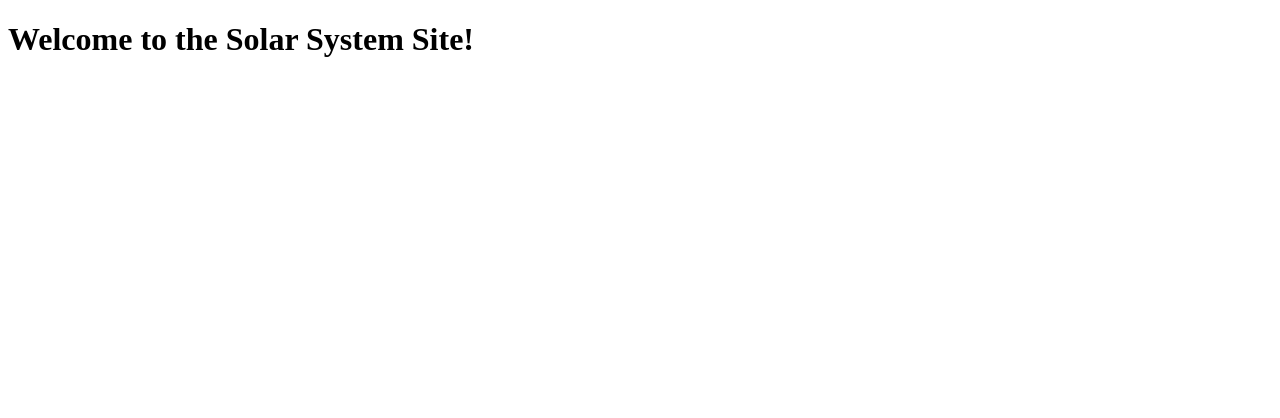
Repository: ctm93/Website1
Page: lab6/views/index.html
The author's editor kept a record of every edit. The page is drawn from the files as they stood at one moment, then again after the next edit.
The browser window is 1280 px wide. The pictures show the whole page.

Above is the page before.

### lab6/views/index.html
<!DOCTYPE html>
<html>
    <head>
        <title> The Solar System</title>
    </head>
    <body>
        <h1> Welcome to the Solar System Site!</h1>
    </body>
</html>

After the next edit:
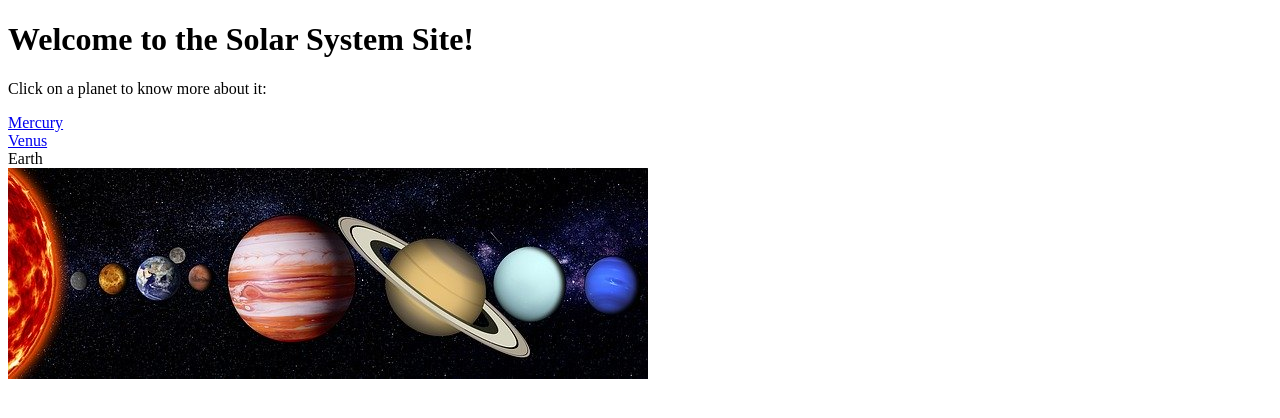
The edit:
--- a/lab6/views/index.html
+++ b/lab6/views/index.html
@@ -5,5 +5,12 @@
     </head>
     <body>
         <h1> Welcome to the Solar System Site!</h1>
+        <p> Click on a planet to know more about it:</p>
+
+        <a href = "/mercury">Mercury</a> <br>
+        <a href = "/mercury">Venus</a> <br>
+        Earth <br>
+
+        <img src ="/img/sky.jpg" alt="The Solar System" />
     </body>
 </html>
